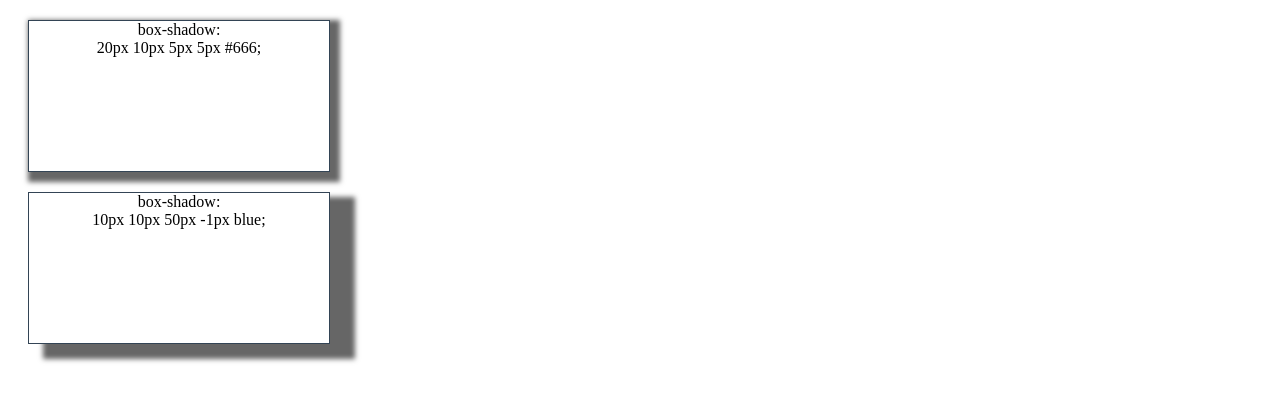
Repository: SeungjaeYu/webstudy
Page: webstudy/06_css/08_shadow/02_box-shadow.htm
An editor plug-in stored every save of this project. The page is shown before and after the next save, followed by the edit.
The browser window is 1280 px wide. The pictures show the whole page.

Above is the page before, as saved 2019-08-28 14:46:18.

### webstudy/06_css/08_shadow/02_box-shadow.htm
<!DOCTYPE html>
<!--
   박스 그림자
   - box-shadow : 수평거리 | 수직거리 | blur | 확장거리 | 색상 | inset
      1. 수평거리(필수)
          그림자가 수평으로 얼마나 떨어져 있는지 지정,
          양수값은 요소의 오른쪽에 음수값은 요소의 왼쪽에 그림자 표시
      2. 수직거리(필수)
          그림자가 수직으로 얼마나 떨어져 있는지 지정,
          양수값은 요소의 위쪽에 음수값은 요소의 아래쪽에 그림자 표시
      3. blur
          그림자의 흐림정도, 생략시 0을 기본값으로 진한 그림자, 음수 불가능,
          값이 커지면 흐려짐
      4. 확장거리
          그림자의 번짐정도, 양수값을 사용하면 모든 방향으로 그림자가 퍼짐으로 박스보다 그림자가 크게 보임,
          음수값은 모든 방향으로 그림자 축소
      5. 색상(그림자 색상)
         inset : 키워드 사용시 박스 안쪽에 그림자 표시,
          사용하지 않으면 박스 바깥쪽에 그림자 표시
 -->
<html>
<head>
<title> box-shadow </title>
<meta charset="utf-8" />
<style>
    div {
        border: 1px solid #345;
        width: 300px; height: 150px;
        margin: 20px;
        text-align: center;
    }

    .shadow1 {
        box-shadow: 20px 10px 5px 5px #666;
        box-shadow: 5px 5px 5px 5px #666;
    }
    .shadow2 {
        box-shadow: 20px 10px 5px 5px #666;
    }


</style>
</head>
<body>
    <div class="shadow1">box-shadow:<br />20px 10px 5px 5px #666;</div>
    <div class="shadow2">box-shadow:<br />10px 10px 50px -1px blue;</div>
</body>
</html>

After the next save:
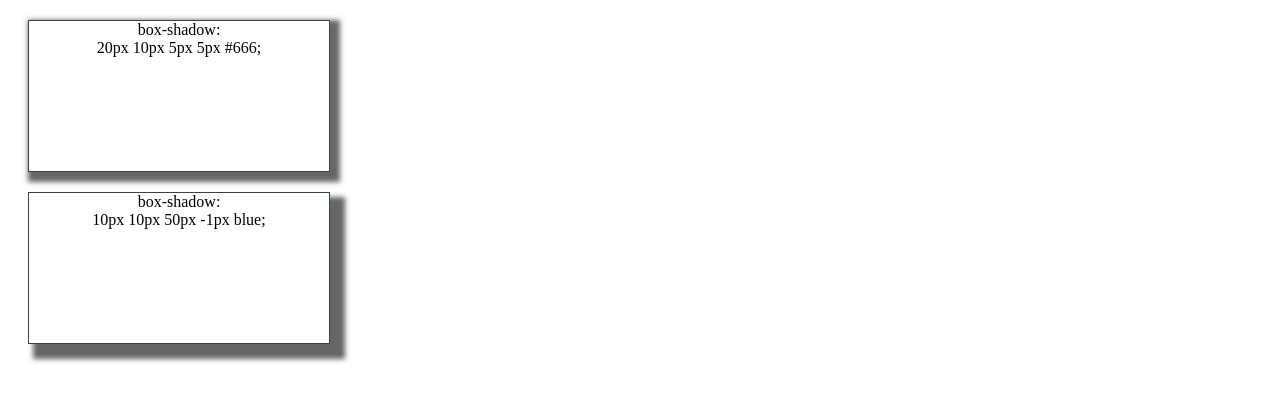
Saved 5 s later.
--- a/webstudy/06_css/08_shadow/02_box-shadow.htm
+++ b/webstudy/06_css/08_shadow/02_box-shadow.htm
@@ -35,7 +35,7 @@
         box-shadow: 5px 5px 5px 5px #666;
     }
     .shadow2 {
-        box-shadow: 20px 10px 5px 5px #666;
+        box-shadow: 10px 10px 5px 5px #666;
     }
 
 
